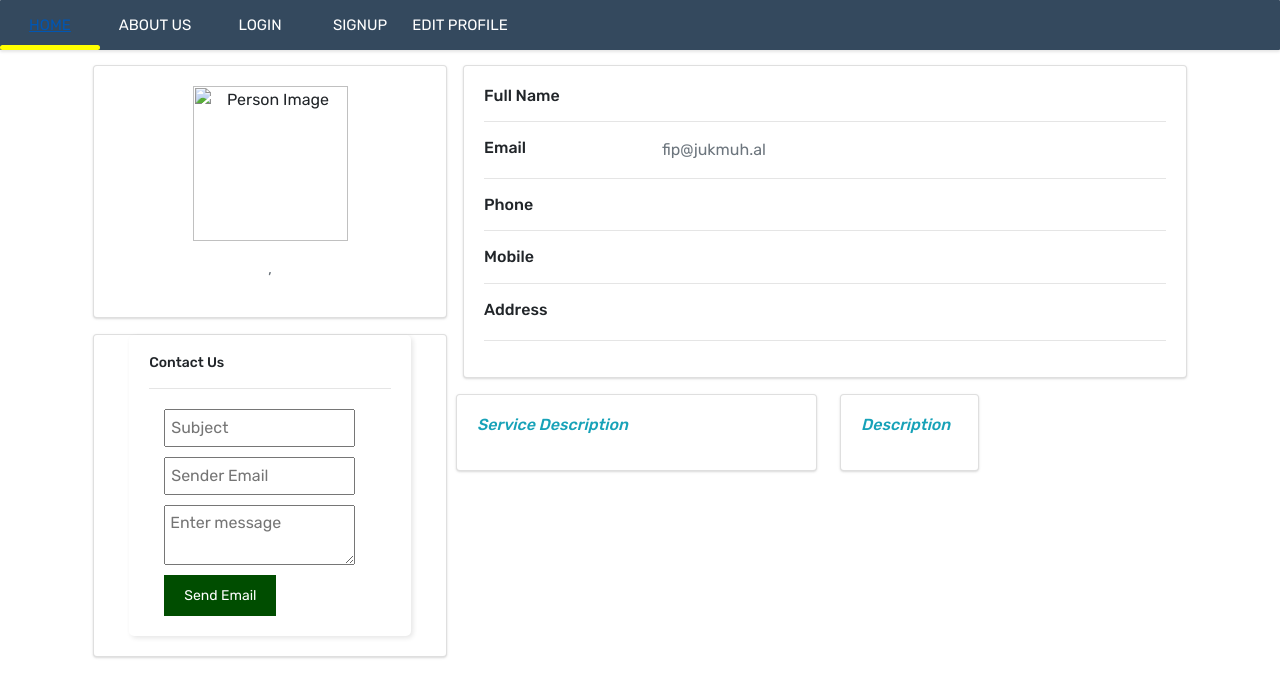
Repository: Chitti-g-k/Paw-Takers
Page: templates/profilepage.html
These files come from the project's save history. The page is drawn as it stood at one moment and after the next save; the edit follows.
The browser window is 1280 px wide. The pictures show the whole page.
The template is drawn by Django 4.2. The application's start-up code is not run. Other server files are loaded and not shown. The template is opened directly, without the code that normally fills it, so the values that code supplies are empty.

Above is the page before, as saved 2023-07-16 08:59:33.

### templates/profilepage.html
<html>
    <head>
        <meta name="viewport" content="width=device-width, initial-scale=1.0">
    <title>Profile Page</title>

    <style>
        @import url('https://fonts.googleapis.com/css?family=Rubik:300,400,500&display=swap');
        *{
            margin: 0;
            padding: 0;
            box-sizing: border-box;
            font-family:'Rubik',sans-serif;
        }
        body{
            display: flex;
            justify-content: center;
            align-self:center ;
            min-height: 100vh;
            background:  #808080;
        }

        nav{
        position: fixed; /* Change position to fixed */
        top: 0; /* Position it at the top */
        left: 0; /* Align it to the left */
        width: 100%; /* Make it full width */
        height: 50px;
        background: #34495e;
        border-radius: 1px;
        font-size: 0;
        box-shadow: 0 2px 3px 0 rgba(0,0,0,0.1);
        z-index: 100; /* Add a higher z-index to keep it above other elements */
    }

    /* Rest of the CSS styles remain the same */
    nav a {
        font-size: 15px;
        text-transform: uppercase;
        color: white;
        text-decoration: none;
        line-height: 50px;
        position: relative;
        z-index: 1;
        display: inline-block;
        text-align: center;
    }
    nav .animation {
        position: absolute;
        height: 5px;
        bottom: 0;
        z-index: 0;
        background: yellow;
        transition: all .5s ease 0s;
        border-radius: 8px;
    }
    a:nth-child(1) {
        width: 100px;
    }
    nav .start-home,a:nth-child(1):hover~.animation {
        width: 100px;
        left: 0;
    }
    a:nth-child(2) {
        width: 110px;
    }
    nav .start-about,a:nth-child(2):hover~.animation {
        width: 110px;
        left: 100px;
    }
    a:nth-child(3) {
        width: 100px;
    }
    nav .start-login,a:nth-child(3):hover~.animation {
        width: 100px;
        left: 210px;
    }
    a:nth-child(4) {
        width: 100px;
    }
    nav .start-signup,a:nth-child(4):hover~.animation {
        width: 160px;
        left: 250px;
    }
    a:nth-child(5) {
        width: 100px;
    }
    nav .start-signup,a:nth-child(5):hover~.animation {
        width: 160px;
        left: auto;
        right:0px;
    }

    h3{
        font-weight:300;
    }

    h5{
        font-weight:200;
    }

    </style>
    <link rel="stylesheet" href="https://cdnjs.cloudflare.com/ajax/libs/font-awesome/5.15.3/css/all.min.css" integrity="sha512-VRRNWyOP0SZCGkUFsm9Uf7PvF9ERBzv6JeMQ4oIhl2e9J7e3aOuf7Qf3RQt6AzomTsbqyj0F7I3NzcewDfSaxw==" crossorigin="anonymous" referrerpolicy="no-referrer" />

    </head>


<body>
    <nav>
        <a href="/display">Home</a>
        <a href="/">About Us</a>
        <a href="{% url 'account_login'%}">Login</a>
        <a href="{% url 'account_signup' %}">SignUp</a>
        <a href="{% url 'caretaker:profile-edit' profile.pk %}">Edit Profile</a>


        <div class="animation start-home"></div>

    </nav>
    <br>
    <br>
    <style>
        body{
            margin-top:20px;
            color: #1a202c;
            text-align: left;
            background-color: #e2e8f0;
        }
        .main-body {
            padding: 15px;
        }
        .card {
            box-shadow: 0 1px 3px 0 rgba(0,0,0,.1), 0 1px 2px 0 rgba(0,0,0,.06);
        }

        .card {
            position: relative;
            display: flex;
            flex-direction: column;
            min-width: 0;
            word-wrap: break-word;
            background-color: #fff;
            background-clip: border-box;
            border: 0 solid rgba(0,0,0,.125);
            border-radius: .25rem;
        }
        .container{
            margin-top:50px;
        }
        .card-body {
            flex: 1 1 auto;
            min-height: 1px;
            padding: 1rem;
        }

        .gutters-sm {
            margin-right: -8px;
            margin-left: -8px;
        }

        .gutters-sm>.col, .gutters-sm>[class*=col-] {
            padding-right: 8px;
            padding-left: 8px;
        }
        .mb-3, .my-3 {
            margin-bottom: 1rem!important;
        }

        .bg-gray-300 {
            background-color: #e2e8f0;
        }
        .h-100 {
            height: 100%!important;
        }
        .shadow-none {
            box-shadow: none!important;
        }
        .key-value {
            display: flex;
            justify-content: space-between;
            margin-bottom: 10px;
            font-family: "Helvetica Neue", Arial, sans-serif;
        }

        .key {
            font-weight: bolder;
            font-size: 13px;
            text-transform: uppercase;
            letter-spacing: 1px;
            color: #333;
        }
        .value{
            font-size: 11px;
            font-style: italic;
            color: #666;
        }
        .contact-us-form {
            margin-top: 20px;
          }

          .contact-us-form input,
          .contact-us-form textarea {
            width: 90%;
            margin-bottom: 10px;
            padding: 5px;
          }
          .content-box {
            width: 80%;
            max-width: 800px;
            margin: 0 auto;
            margin-bottom:20px;
            padding: 20px;
            background-color: #fff;
            border-radius: 5px;
            box-sizing: border-box;
            box-shadow: 2px 2px 5px rgba(0, 0, 0, 0.1);
            transition: box-shadow 0.3s ease;
        }
    </style>
    <body>
        <link rel="stylesheet" href="https://cdn.jsdelivr.net/npm/bootstrap@4.4.1/dist/css/bootstrap.min.css" integrity="sha384-Vkoo8x4CGsO3+Hhxv8T/Q5PaXtkKtu6ug5TOeNV6gBiFeWPGFN9MuhOf23Q9Ifjh" crossorigin="anonymous">
        <script src="https://code.jquery.com/jquery-3.4.1.slim.min.js" integrity="sha384-J6qa4849blE2+poT4WnyKhv5vZF5SrPo0iEjwBvKU7imGFAV0wwj1yYfoRSJoZ+n" crossorigin="anonymous"></script>
        <script src="https://cdn.jsdelivr.net/npm/popper.js@1.16.0/dist/umd/popper.min.js" integrity="sha384-Q6E9RHvbIyZFJoft+2mJbHaEWldlvI9IOYy5n3zV9zzTtmI3UksdQRVvoxMfooAo" crossorigin="anonymous"></script>
        <script src="https://cdn.jsdelivr.net/npm/bootstrap@4.4.1/dist/js/bootstrap.min.js" integrity="sha384-wfSDF2E50Y2D1uUdj0O3uMBJnjuUD4Ih7YwaYd1iqfktj0Uod8GCExl3Og8ifwB6" crossorigin="anonymous"></script>

        <div class="container">
            <div class="main-body">


                  <div class="row gutters-sm">
                    <div class="col-md-4 mb-3">
                      <div class="card">
                        <div class="card-body">
                          <div class="d-flex flex-column align-items-center text-center">
                            <img src="{{ profile.image.url }}" alt="Person Image" class="image" class="rounded" width="155px">
                            <div class="mt-3">
                                {% if profile.name %}
                        <h5 class="py-4">{{ profile.name }}
                    {% endif %}


                              <p class="text-muted font-size-sm">{{ profile.city }},{{ profile.state }}</p>

                            </div>
                          </div>
                        </div>
                      </div>
                      <div class="card mt-3">
                        <div class="content-box" >
                            <h2 style="font-size: 14px;">Contact Us</h2>
                            <hr>
                            <div class="container contact-us-form">
                                <form action="" method="POST">
                                    <input type="text" name="name" placeholder="Subject" required>
                                    <input type="email" name="email" placeholder="Sender Email" required>
                                    <textarea name="message" placeholder="Enter message" required></textarea>
                                    <button type="submit" style="background-color: #004d00; color: #fff; border: none; padding: 10px 20px; font-size: 14px; cursor: pointer;">Send Email</button>
                                </form>
                            </div>
                        </div>
                      </div>
                    </div>
                    <div class="col-md-8">
                      <div class="card mb-3">
                        <div class="card-body">
                          <div class="row">
                            <div class="col-sm-3">
                              <h6 class="mb-0">Full Name</h6>
                            </div>
                            <div class="col-sm-9 text-secondary">
                                {% if profile.name %}
                                {{ profile.name }}
                            {% endif %}
                            </div>
                          </div>
                          <hr>
                          <div class="row">
                            <div class="col-sm-3">
                              <h6 class="mb-0">Email</h6>
                            </div>
                            <div class="col-sm-9 text-secondary">
                              fip@jukmuh.al
                            </div>
                          </div>
                          <hr>
                          <div class="row">
                            <div class="col-sm-3">
                              <h6 class="mb-0">Phone</h6>
                            </div>
                            <div class="col-sm-9 text-secondary">
                                {{ profile.phone_number }}
                            </div>
                          </div>
                          <hr>
                          <div class="row">
                            <div class="col-sm-3">
                              <h6 class="mb-0">Mobile</h6>
                            </div>
                            <div class="col-sm-9 text-secondary">
                                {{ profile.backup_phonenumber }}
                            </div>
                          </div>
                          <hr>
                          <div class="row">
                            <div class="col-sm-3">
                              <h6 class="mb-0">Address</h6>
                            </div>
                            <div class="col-sm-9 text-secondary">
                                {{ profile.first_line }}<br>{{ profile.second_line }}
                            </div>
                          </div>
                          <hr>

                        </div>
                      </div>

                      <div class="row gutters-sm">
                        <div class="col-sm-6 mb-3">
                          <div class="card h-100">
                            <div class="card-body">
                              <h6 class="d-flex align-items-center mb-3"><i class="material-icons text-info mr-2">Service Description</h6>
                              {% for service_description in service_descriptions %}
                              <div class="container-service">
                                <div class="key-value">
                                    <span class="key">{{ service_description.service.name }}</span>
                                    <span class="value">INR{{ service_description.price }}</span>
                                </div>
                            </div>
                            {% endfor %}
                            </div>
                          </div>
                        </div>

                        <div class="col-sm-12 mb-3" >
                            <div class="card h-200">
                              <div class="card-body" >
                                <h6 class="d-flex align-items-center mb-3"><i class="material-icons text-info mr-2">Description</i></h6>
                                {{profile.description}}
                              </div>
                            </div>
                          </div>



                    </div>
                  </div>

                </div>
            </div>
    </body>
</html>

After the next save:
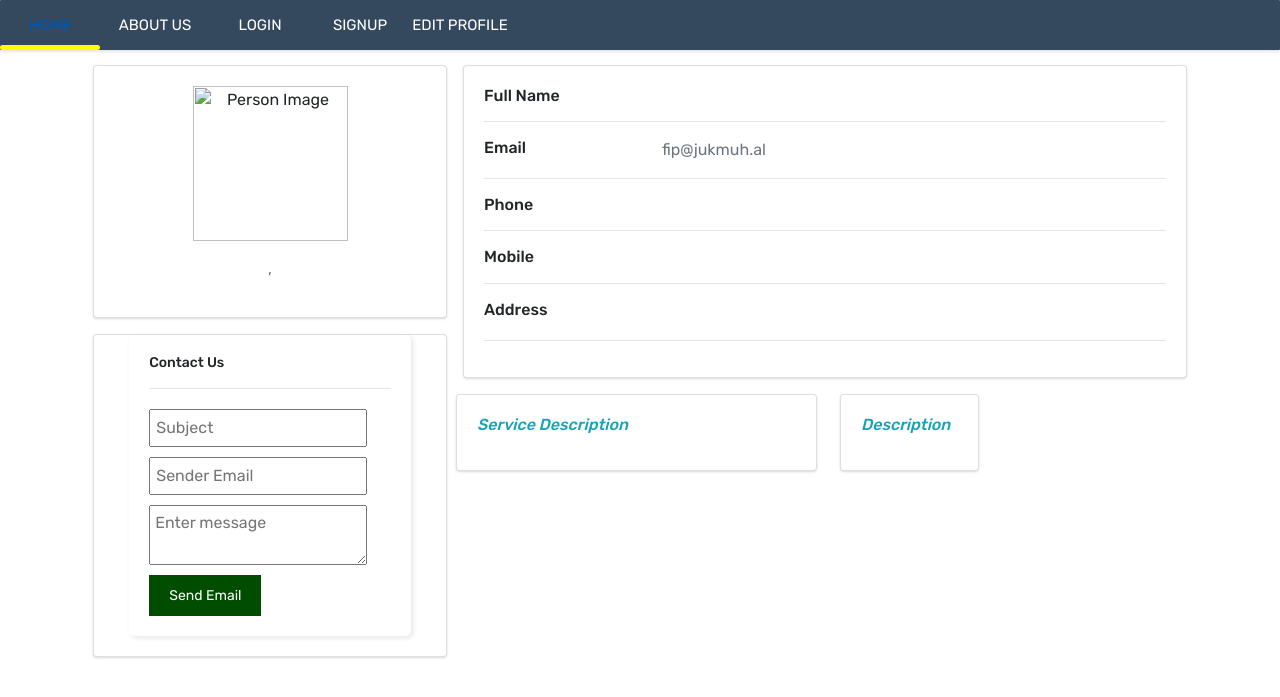
Saved 50 s later.
--- a/templates/profilepage.html
+++ b/templates/profilepage.html
@@ -248,7 +248,7 @@
                         <div class="content-box" >
                             <h2 style="font-size: 14px;">Contact Us</h2>
                             <hr>
-                            <div class="container contact-us-form">
+                            <div class=" contact-us-form">
                                 <form action="" method="POST">
                                     <input type="text" name="name" placeholder="Subject" required>
                                     <input type="email" name="email" placeholder="Sender Email" required>
